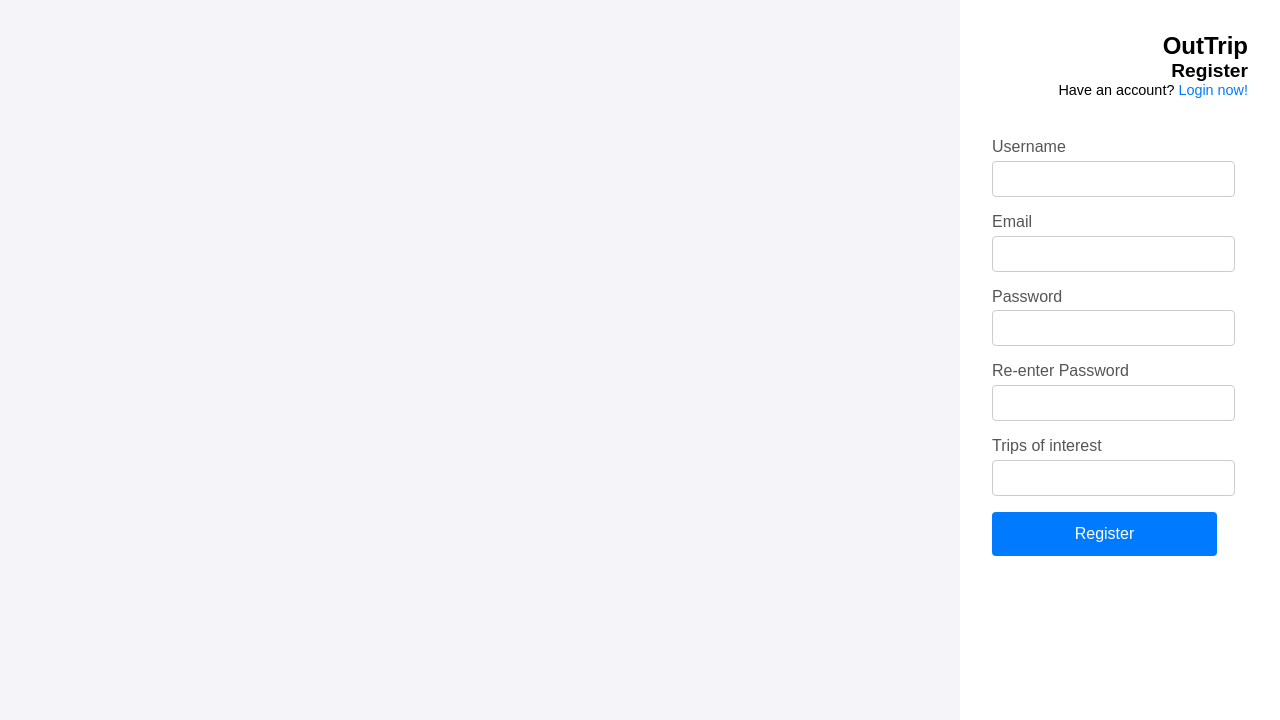
Repository: Nuttawut-Amattong/outtrip
Page: /register (app in OutTrip/)
The author's editor kept a copy of each file at every save. The page is drawn from the files as they stood at one save, then again after the next save.
The browser window is 1280 px wide. The pictures show the whole page.
The project was rebuilt for these pictures with package versions that can differ from the ones it lists, and the page was loaded fresh each time. Also part of the build but not shown: OutTrip/vite.config.js, OutTrip/src/pages/Login.jsx, OutTrip/src/pages/Forgetpass.jsx.

Above is the page before, as saved 2025-05-19 01:17:38.

### OutTrip/src/main.jsx
import { StrictMode } from 'react';
import { createRoot } from 'react-dom/client';
import { BrowserRouter, Routes, Route } from 'react-router-dom';
import Login from './pages/Login.jsx';
import Register from './pages/Register.jsx';
import Forgetpass from './pages/Forgetpass.jsx';

createRoot(document.getElementById('root')).render(
  <StrictMode>
    <BrowserRouter>
      <Routes>
        <Route path="/" element={<Login />} />
        <Route path="/register" element={<Register />} />
        <Route path="/forgot-password" element={<Forgetpass />} />
      </Routes>
    </BrowserRouter>
  </StrictMode>
);

### OutTrip/src/pages/Register.jsx
import React, { useState } from 'react';
import '../CSS/register.css';

const Register = () => {
  const [formData, setFormData] = useState({
    username: '',
    email: '',
    password: '',
    rePassword: '',
    trip: ''
  });

  const [error, setError] = useState('');

  const handleChange = (e) => {
    const { name, value } = e.target;
    setFormData({
      ...formData,
      [name]: value,
    });
    setError('');
  };

  const handleSubmit = (e) => {
    e.preventDefault();

    if (formData.password !== formData.rePassword) {
      setError('Passwords do not match');
      return;
    }

    console.log('Registering user:', formData);
    // ที่นี่คุณสามารถต่อยอดส่งข้อมูลไป backend ได้เลย
  };

  return (
    <div className="register-container">
      <div className="register-header">
        <h1>OutTrip</h1>
        <h2>Register</h2>
        <div className="forgot-password-link">
          Have an account? <a href="/">Login now!</a>
        </div>
      </div>

      <form onSubmit={handleSubmit}>
        <label htmlFor="username">Username</label>
        <input
          type="text"
          id="username"
          name="username"
          value={formData.username}
          onChange={handleChange}
          required
        />

        <label htmlFor="email">Email</label>
        <input
          type="email"
          id="email"
          name="email"
          value={formData.email}
          onChange={handleChange}
          required
        />

        <label htmlFor="password">Password</label>
        <input
          type="password"
          id="password"
          name="password"
          value={formData.password}
          onChange={handleChange}
          required
        />

        <label htmlFor="rePassword">Re-enter Password</label>
        <input
          type="password"
          id="rePassword"
          name="rePassword"
          value={formData.rePassword}
          onChange={handleChange}
          required
        />

        <label htmlFor="trip">Trips of interest</label>
        <input
          type="text"
          id="trip"
          name="trip"
          value={formData.trip}
          onChange={handleChange}
          required
        />

        {error && <p className="error">{error}</p>}

        <button type="submit">Register</button>
      </form>
    </div>
  );
};

export default Register;

### OutTrip/src/CSS/login.css
body {
    font-family: Arial, sans-serif;
    margin: 0;
    padding: 0;
    background-color: #f4f4f9;
    display: block;
}

.login-container {
    background-color: #ffffff;
    padding: 2rem;
    border-radius: 0 8px 8px 0;
    box-shadow: 4px 0 10px rgba(0, 0, 0, 0.1);
    width: 100%;
    max-width: 320px;
    height: 100vh;
    box-sizing: border-box;
    position: fixed;
    left: 0;
    top: 0;
}

.login-container h1 {
    font-size: 1.8rem;
    margin-bottom: 1.5rem;
    color: #333333;
    text-align: center;
}

.login-container form {
    display: flex;
    flex-direction: column;
}

.login-container label {
    font-size: 0.9rem;
    margin-bottom: 0.5rem;
    color: #555555;
}

.login-container input[type="text"],
.login-container input[type="user"],
.login-container input[type="password"] {
    padding: 0.8rem;
    margin-bottom: 1rem;
    border: 1px solid #cccccc;
    border-radius: 4px;
    font-size: 1rem;
}

.login-container input[type="text"]:focus,
.login-container input[type="userl"]:focus,
.login-container input[type="password"]:focus {
    border-color: #007bff;
    outline: none;
}

.login-container button {
    padding: 0.8rem;
    background-color: #007bff;
    color: #ffffff;
    border: none;
    border-radius: 4px;
    font-size: 1rem;
    cursor: pointer;
    transition: background-color 0.3s ease;
}

.login-container button:hover {
    background-color: #0056b3;
}

.login-container .forgot-password {
    margin-top: 1rem;
    text-align: center;
}

.login-container .forgot-password a {
    color: #007bff;
    text-decoration: none;
    font-size: 0.9rem;
}

.login-container .forgot-password a:hover {
    text-decoration: underline;
}

.login-links {
    margin-top: 1rem;
    text-align: center;
    font-size: 0.85rem;
    color: #333333;
    display: flex;
    flex-direction: column;
    gap: 0.5rem;
}

.login-links a {
    color: inherit;
    text-decoration: none;
    cursor: pointer;
}

.login-links a:hover {
    text-decoration: underline;
}

### OutTrip/src/CSS/register.css
.register-container {
  position: absolute;
  right: 0;
  top: 0;
  width: 320px;
  height: 100vh;
  background-color: #fff;
  padding: 2rem;
  box-sizing: border-box;

  display: flex;
  flex-direction: column;
  align-items: flex-start; /* ให้ข้อความในกล่องชิดซ้าย */
  text-align: left;
}

.register-header {
  width: 100%;
  margin-bottom: 2rem;
  text-align: left;  /* ชิดซ้ายข้อความ */
}

.register-header h1,
.register-header h2,
.forgot-password-link {
  margin: 0 0 0.5rem 0;
  padding: 0;
}

.register-header h1 {
    font-size: 1.5rem;
}

.register-header h2 {
    font-size: 1.2rem;
    color: #555555;
}

.forgot-password-link {
    font-size: 0.9rem;
    color: inherit; /* ใช้สีจาก container */
}

.forgot-password-link a {
    color: #007bff;
    text-decoration: none;
}

.forgot-password-link a:hover {
    text-decoration: underline;
}

/* ฟอร์มและส่วนอื่นๆ (เหมือน login) */
.register-container form {
    display: flex;
    flex-direction: column;
}

.register-container label {
    font-size: 1rem;
    margin-bottom: 0.3rem;
    color: #555555;
}

.register-container input[type="text"],
.register-container input[type="email"],
.register-container input[type="password"] {
    padding: 0.5rem;
    margin-bottom: 1rem;
    border: 1px solid #cccccc;
    border-radius: 4px;
    font-size: 1rem;
    width: 100%;
}

.register-container input:focus {
    border-color: #007bff;
    outline: none;
}

.register-container button {
    padding: 0.8rem;
    background-color: #007bff;
    color: #ffffff;
    border: none;
    border-radius: 4px;
    font-size: 1rem;
    cursor: pointer;
    transition: background-color 0.3s ease;
}

.register-container button:hover {
    background-color: #0056b3;
}

.register-container p {
    font-size: 0.9rem;
    color: red;
    margin-top: -0.5rem;
    margin-bottom: 1rem;
}

### OutTrip/src/CSS/forgetpass.css
body {
    font-family: Arial, sans-serif;
    margin: 0;
    padding: 0;
    background-color: #f4f4f9;
    display: block;
}


.forgetpass-container {
    background-color: #ffffff;
    padding: 2rem;
    border-radius: 0 8px 8px 0;
    box-shadow: 4px 0 10px rgba(0, 0, 0, 0.1);
    width: 100%;
    max-width: 400px;
    height: 100vh;
    box-sizing: border-box;
    position: fixed;
    left: 0;
    top: 0;
}

.forgetpass-title {
    font-size: 1.5rem;
    font-weight: 600;
    color: #333;
    margin-bottom: 20px;
}

.forgetpass-form {
    width: 100%;
    display: flex;
    flex-direction: column;
}

.forgetpass-label {
    font-size: 0.9rem;
    color: #444;
    margin-bottom: 6px;
}

.forgetpass-input {
    padding: 10px;
    font-size: 1rem;
    border: 1px solid #ccc;
    border-radius: 5px;
    margin-bottom: 16px;
    outline: none;
    transition: border 0.2s;
}

.forgetpass-input:focus {
    border-color: #999;
}

.forgetpass-btn {
    background-color: #333;
    color: #fff;
    font-size: 1rem;
    font-weight: 500;
    border: none;
    border-radius: 5px;
    padding: 10px 0;
    cursor: pointer;
    transition: background-color 0.2s;
}

.forgetpass-btn:hover {
    background-color: #222;
}

.forgetpass-link {
    margin-top: 14px;
    font-size: 0.85rem;
    color: #666;
    text-align: center;
    text-decoration: none;
}

.forgetpass-link:hover {
    text-decoration: underline;
}

.register-header {
  margin-bottom: 2rem;    /* เว้นระยะห่างกับฟอร์ม */
  text-align: right;      /* จัดข้อความชิดขวา */
  color: #000000;         /* กำหนดสีข้อความทั้งหมดเป็นดำ (หรือสีที่ต้องการ) */
}

.register-header h1,
.register-header h2 {
  margin: 0;
  color: inherit;         /* ให้ h1, h2 ใช้สีเดียวกับ parent (.register-header) */
}

.forgot-password-link {
  font-size: 0.9rem;
  color: inherit;         /* ใช้สีเดียวกับ .register-header คือดำ */
  text-align: right;      /* ให้ข้อความในลิงก์ติดขวา */
}

.forgot-password-link a {
  color: #007bff;         /* ลิงก์สีฟ้า */
  text-decoration: none;
}

.forgot-password-link a:hover {
  text-decoration: underline;
}

Loaded but not shown: OutTrip/index.html (common file)

After the next save:
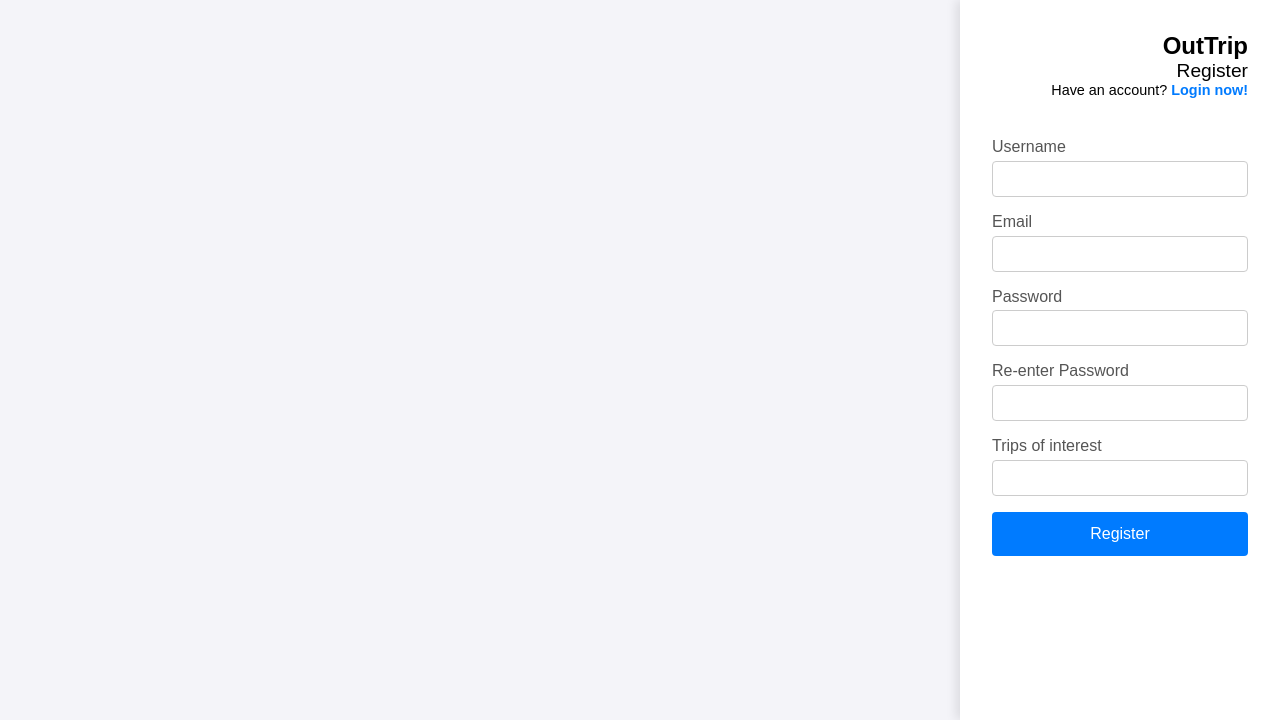
Saved 6 s later.
--- a/OutTrip/src/CSS/register.css
+++ b/OutTrip/src/CSS/register.css
@@ -10,14 +10,16 @@
 
   display: flex;
   flex-direction: column;
-  align-items: flex-start; /* ให้ข้อความในกล่องชิดซ้าย */
+  align-items: flex-start; /* ข้อความในกล่องชิดซ้าย */
   text-align: left;
+  box-shadow: -4px 0 10px rgba(0, 0, 0, 0.1); /* เงาซ้ายเพิ่มมิติ */
+  overflow-y: auto; /* เผื่อฟอร์มยาวเกิน */
 }
 
 .register-header {
   width: 100%;
   margin-bottom: 2rem;
-  text-align: left;  /* ชิดซ้ายข้อความ */
+  text-align: left;  /* ข้อความชิดซ้าย */
 }
 
 .register-header h1,
@@ -25,77 +27,84 @@
 .forgot-password-link {
   margin: 0 0 0.5rem 0;
   padding: 0;
+  width: 100%;
 }
 
 .register-header h1 {
-    font-size: 1.5rem;
+  font-size: 1.5rem;
+  font-weight: bold;
+  color: #333;
 }
 
 .register-header h2 {
-    font-size: 1.2rem;
-    color: #555555;
+  font-size: 1.2rem;
+  color: #555555;
+  font-weight: normal;
 }
 
 .forgot-password-link {
-    font-size: 0.9rem;
-    color: inherit; /* ใช้สีจาก container */
+  font-size: 0.9rem;
+  color: #333; /* ใช้สีข้อความธรรมดา */
 }
 
 .forgot-password-link a {
-    color: #007bff;
-    text-decoration: none;
+  color: #007bff;
+  text-decoration: none;
+  font-weight: 600;
 }
 
 .forgot-password-link a:hover {
-    text-decoration: underline;
+  text-decoration: underline;
 }
 
-/* ฟอร์มและส่วนอื่นๆ (เหมือน login) */
+/* ฟอร์มและส่วนอื่นๆ */
 .register-container form {
-    display: flex;
-    flex-direction: column;
+  display: flex;
+  flex-direction: column;
+  width: 100%;
 }
 
 .register-container label {
-    font-size: 1rem;
-    margin-bottom: 0.3rem;
-    color: #555555;
+  font-size: 1rem;
+  margin-bottom: 0.3rem;
+  color: #555555;
 }
 
 .register-container input[type="text"],
 .register-container input[type="email"],
 .register-container input[type="password"] {
-    padding: 0.5rem;
-    margin-bottom: 1rem;
-    border: 1px solid #cccccc;
-    border-radius: 4px;
-    font-size: 1rem;
-    width: 100%;
+  padding: 0.5rem;
+  margin-bottom: 1rem;
+  border: 1px solid #cccccc;
+  border-radius: 4px;
+  font-size: 1rem;
+  width: 100%;
+  box-sizing: border-box;
 }
 
 .register-container input:focus {
-    border-color: #007bff;
-    outline: none;
+  border-color: #007bff;
+  outline: none;
 }
 
 .register-container button {
-    padding: 0.8rem;
-    background-color: #007bff;
-    color: #ffffff;
-    border: none;
-    border-radius: 4px;
-    font-size: 1rem;
-    cursor: pointer;
-    transition: background-color 0.3s ease;
+  padding: 0.8rem;
+  background-color: #007bff;
+  color: #ffffff;
+  border: none;
+  border-radius: 4px;
+  font-size: 1rem;
+  cursor: pointer;
+  transition: background-color 0.3s ease;
 }
 
 .register-container button:hover {
-    background-color: #0056b3;
+  background-color: #0056b3;
 }
 
 .register-container p {
-    font-size: 0.9rem;
-    color: red;
-    margin-top: -0.5rem;
-    margin-bottom: 1rem;
+  font-size: 0.9rem;
+  color: red;
+  margin-top: -0.5rem;
+  margin-bottom: 1rem;
 }
